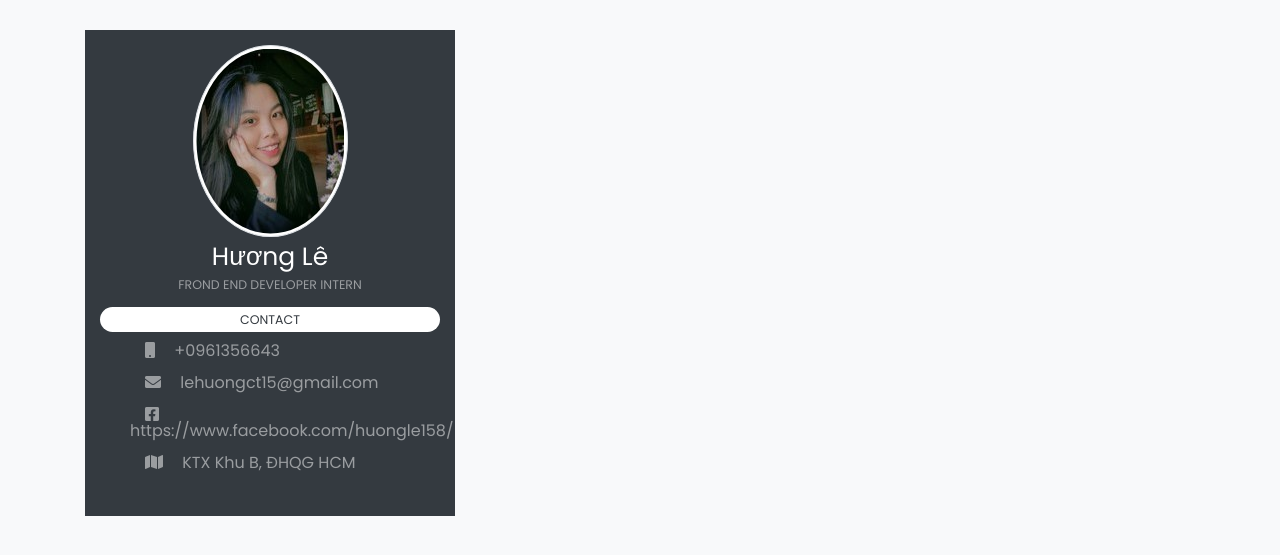
Repository: huongle158/cvhuongle
Page: index.html
These files come from the project's save history. The page is drawn as it stood at one moment and after the next save; the edit follows.
The browser window is 1280 px wide. The pictures show the whole page.
Some web libraries are served in a nearby version.

Above is the page before, as saved 2021-12-12 23:22:17.

After the next save:
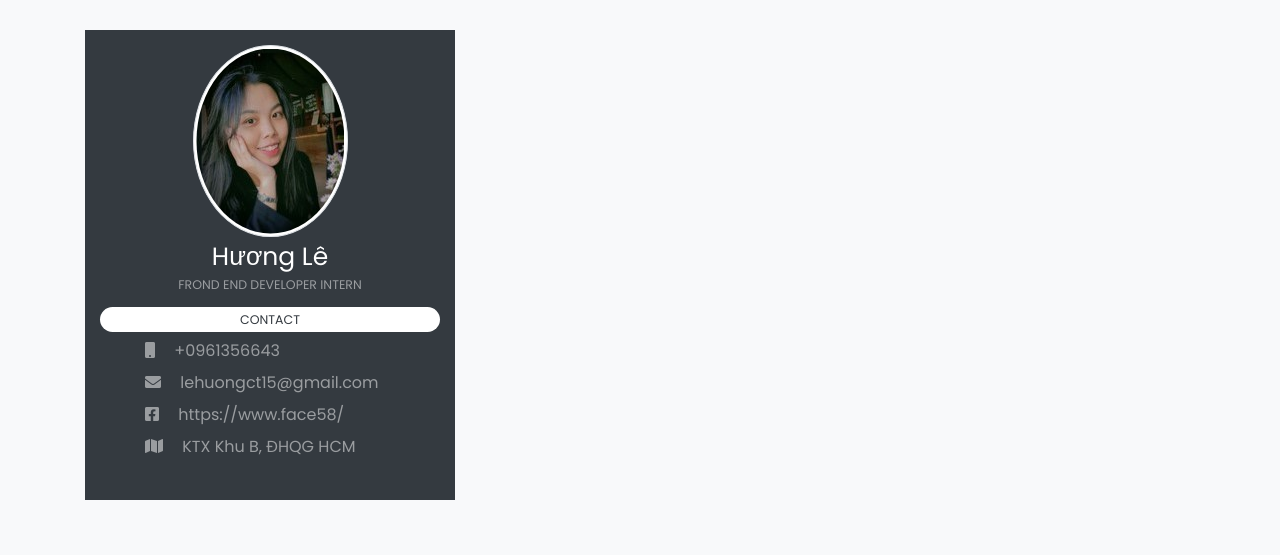
Saved 39 s later.
--- a/index.html
+++ b/index.html
@@ -53,7 +53,7 @@
                   </li>
                   <li class="list-item mb-4">
                       <i class="fab fa-facebook-square mx-4"></i>
-                      https://www.facebook.com/huongle158/
+                      https://www.face58/
                   </li>
                   <li class="list-item mb-4">
                       <i class="fa fa-map mx-4"></i>

After the save that followed:
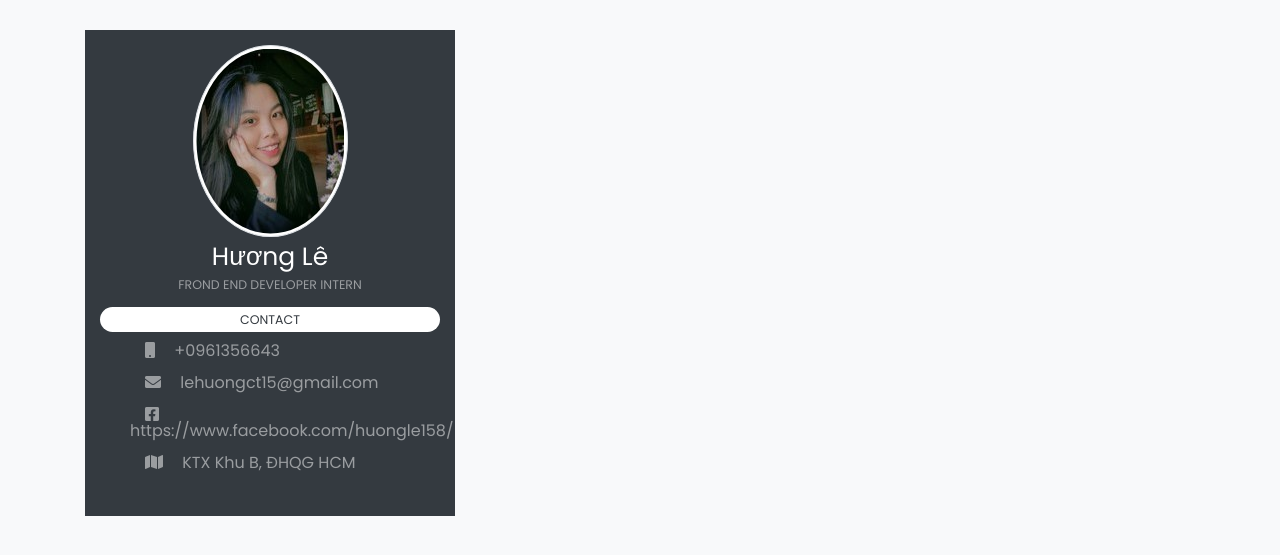
Saved 11 s later.
--- a/index.html
+++ b/index.html
@@ -53,7 +53,7 @@
                   </li>
                   <li class="list-item mb-4">
                       <i class="fab fa-facebook-square mx-4"></i>
-                      https://www.face58/
+                      https://www.facebook.com/huongle158/
                   </li>
                   <li class="list-item mb-4">
                       <i class="fa fa-map mx-4"></i>
